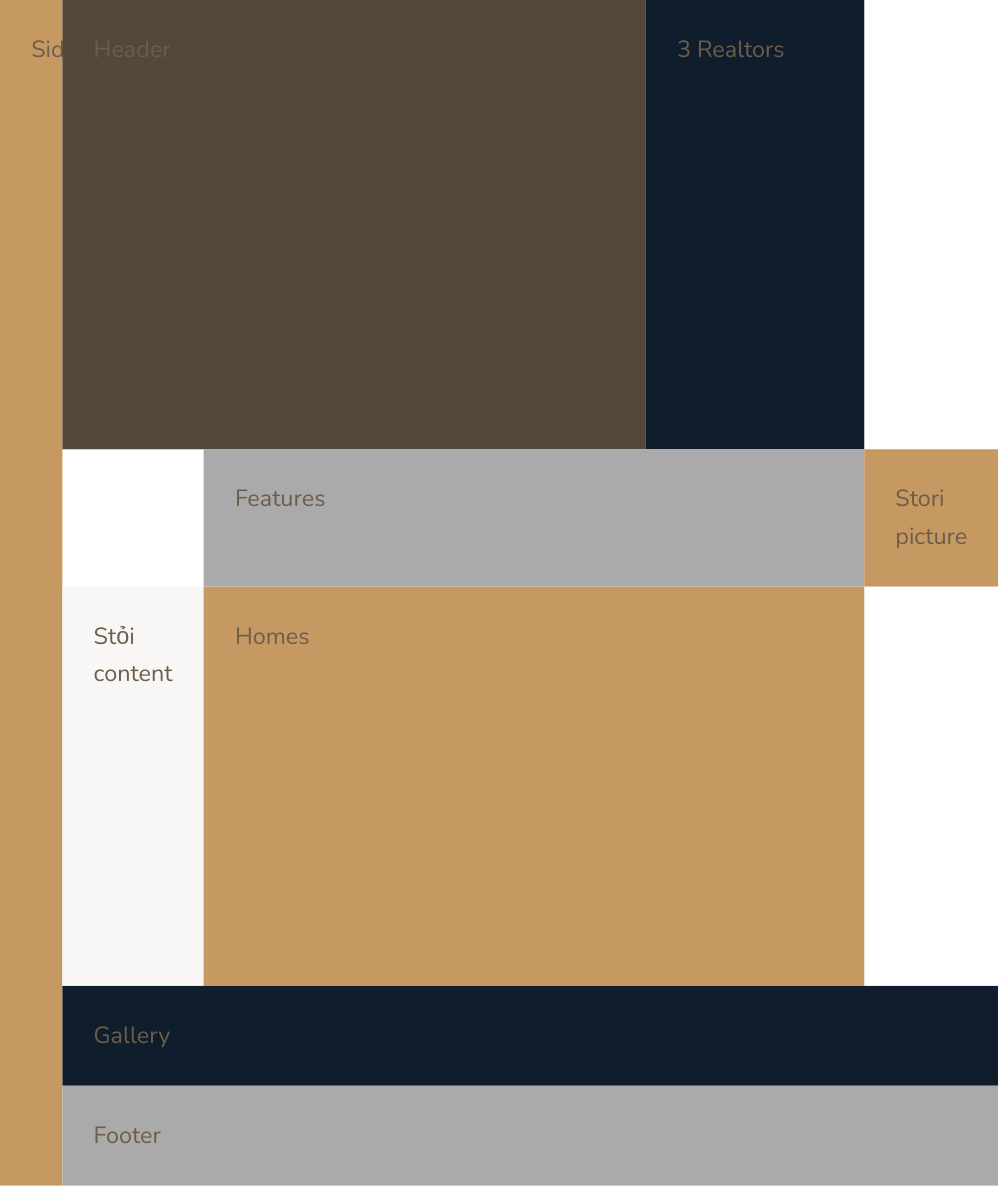
Repository: m2pd/your-home
Page: index.html
The author's editor kept a copy of each file at every save. The page is drawn from the files as they stood at one save, then again after the next save.
The browser window is 1280 px wide. The pictures show the whole page, at 78% of full size.
The style sheet was rebuilt from its Sass, Less or Tailwind sources for each picture, by a compiler version that may differ from the author's.

Above is the page before, as saved 2020-02-27 08:12:57.

After the next save:
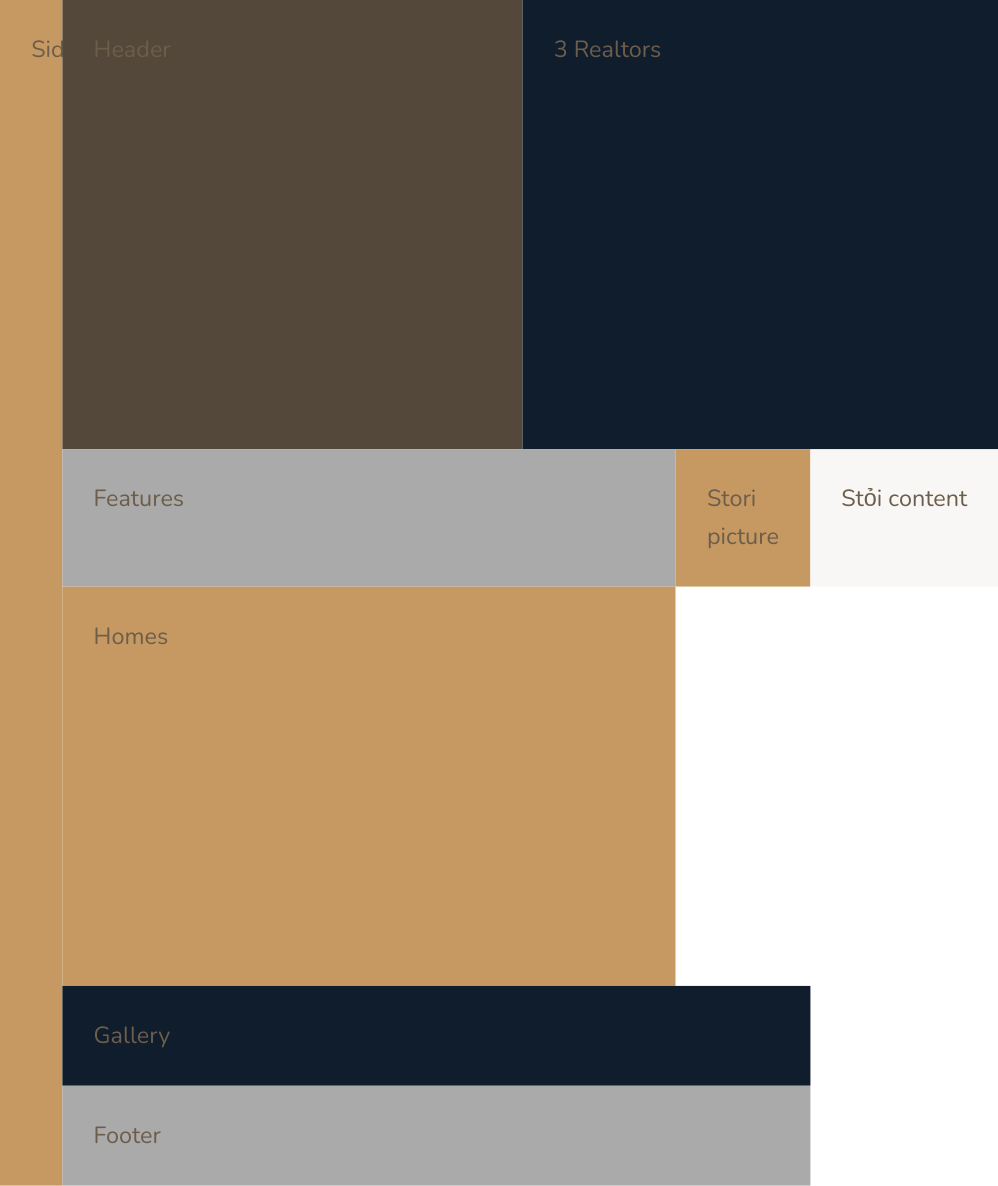
Saved 5 s later.
--- a/sass/_realtors.scss
+++ b/sass/_realtors.scss
@@ -1,4 +1,4 @@
 .realtors{
     background-color: $color-secondary;
-    grid-column: col-start 7 / col-end 8;
+    grid-column: col-start 7 / col-end 9;
 }
